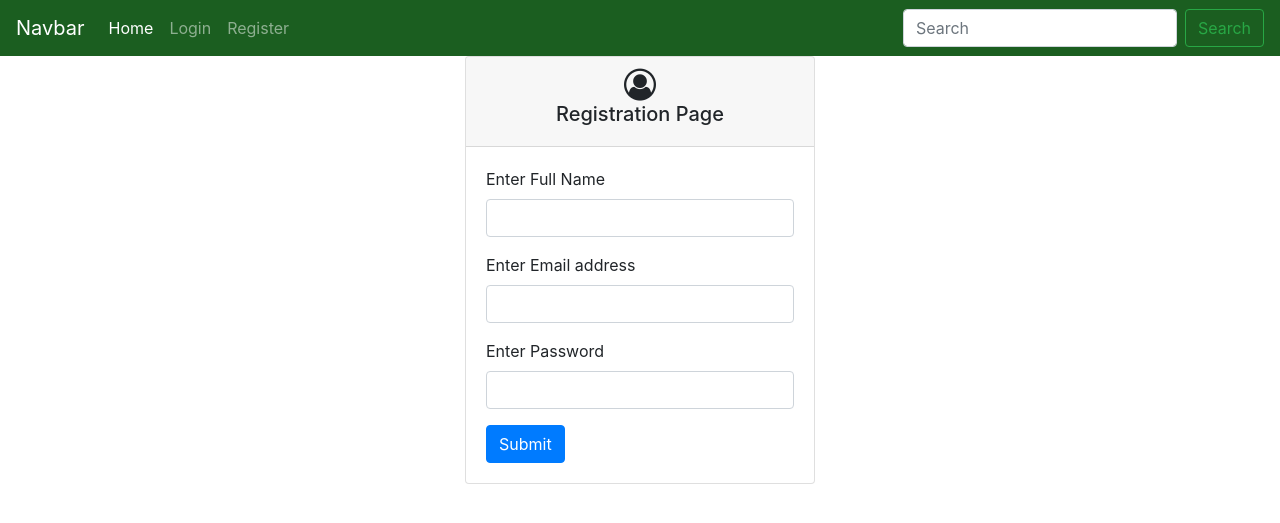
Repository: Chandnim0712/Ecommerce-Spring-Boot-Project
Page: http://localhost/LoginPage/register.jsp
An editor plug-in stored every save of this project. The page is shown before and after the next save, followed by the edit.
The browser window is 1280 px wide. The pictures show the whole page.
The page is served by Tomcat 9. Other server files are loaded and not shown.

Above is the page before, as saved 2025-06-11 21:03:54.

### LoginPage/src/main/webapp/register.jsp
<%@ page language="java" contentType="text/html; charset=UTF-8"
	pageEncoding="UTF-8"%>
<!DOCTYPE html>
<html>
<head>
<meta charset="UTF-8">
<title>Register</title>
<link rel="stylesheet"
	href="https://cdn.jsdelivr.net/npm/bootstrap@4.0.0/dist/css/bootstrap.min.css"
	integrity="sha384-Gn5384xqQ1aoWXA+058RXPxPg6fy4IWvTNh0E263XmFcJlSAwiGgFAW/dAiS6JXm"
	crossorigin="anonymous">

<link rel="stylesheet"
	href="https://cdnjs.cloudflare.com/ajax/libs/font-awesome/4.7.0/css/font-awesome.min.css">

<link rel="stylesheet" href="css/style.css">
</head>
<body>
	<!-- Start Navbar  -->

	<nav class="navbar navbar-expand-lg navbar-dark bg-custom">
		<a class="navbar-brand" href="#">Navbar</a>
		<button class="navbar-toggler" type="button" data-toggle="collapse"
			data-target="#navbarSupportedContent"
			aria-controls="navbarSupportedContent" aria-expanded="false"
			aria-label="Toggle navigation">
			<span class="navbar-toggler-icon"></span>
		</button>

		<div class="collapse navbar-collapse" id="navbarSupportedContent">
			<ul class="navbar-nav mr-auto">
				<li class="nav-item active"><a class="nav-link" href="#">Home
						<span class="sr-only">(current)</span>
				</a></li>
				<li class="nav-item"><a class="nav-link" href="login.jsp">Login</a></li>
				<li class="nav-item"><a class="nav-link" href="register.jsp">Register</a>
				</li>
			</ul>
			<form class="form-inline my-2 my-lg-0">
				<input class="form-control mr-sm-2" type="search"
					placeholder="Search" aria-label="Search">
				<button class="btn btn-outline-success my-2 my-sm-0" type="submit">Search</button>
			</form>
		</div>
	</nav>

	<!-- End Navbar -->

	<div class="container">
		<div class="row">
			<div class="col-md-4 offset-md-4">
				<div class="card">
					<div class="card-header text-center">
						<i class="fa fa-user-circle-o fa-2x"></i>
						<h5>Registration Page</h5>
					</div>
					<div class="card-body">
						<form>
							<div class="form-group">
								<label for="exampleInputEmail1">Enter Full Name</label> <input
									type="text" class="form-control" id="exampleInputEmail1"
									aria-describedby="emailHelp">
							</div>
							<div class="form-group">
								<label for="exampleInputEmail1">Enter Email address</label> <input
									type="email" class="form-control" id="exampleInputEmail1"
									aria-describedby="emailHelp">
							</div>
							<div class="form-group">
								<label for="exampleInputPassword1">Enter Password</label> <input
									type="password" class="form-control" id="exampleInputPassword1">
							</div>

							<button type="submit" class="btn btn-primary">Submit</button>
						</form>
					</div>
				</div>
			</div>
		</div>
	</div>

</body>
</html>

### LoginPage/src/main/webapp/css/style.css
.bg-custom{
	background : #1b5e20 !important
}

After the next save:
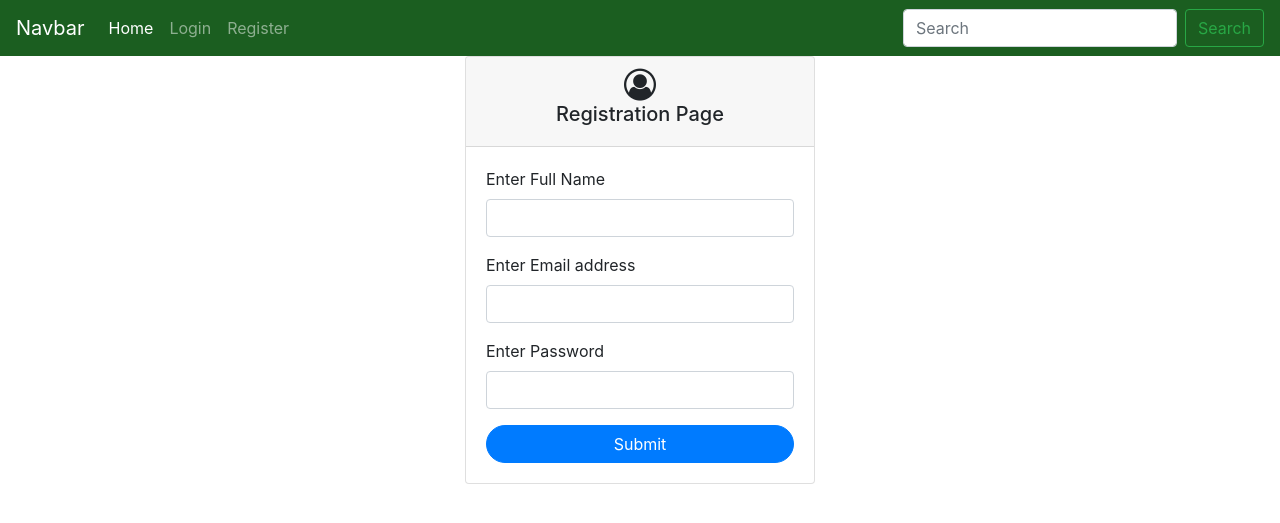
Saved 45 s later.
--- a/LoginPage/src/main/webapp/register.jsp
+++ b/LoginPage/src/main/webapp/register.jsp
@@ -71,7 +71,7 @@
 									type="password" class="form-control" id="exampleInputPassword1">
 							</div>
 
-							<button type="submit" class="btn btn-primary">Submit</button>
+							<button type="submit" class="btn btn-primary btn-block badge-pill">Submit</button>
 						</form>
 					</div>
 				</div>
